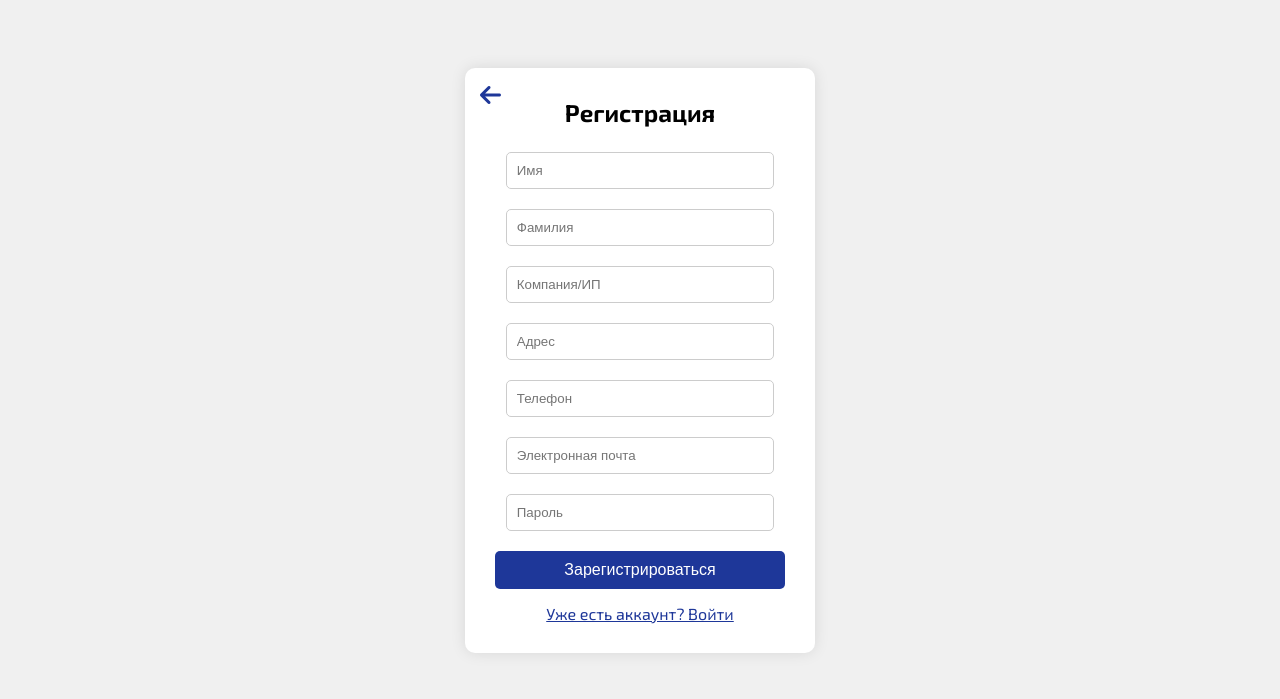
Repository: MaratLK/PLKFrontend
Page: LogReg.html
These files come from the project's save history. The page is drawn as it stood at one moment and after the next save; the edit follows.
The browser window is 1280 px wide. The pictures show the whole page.

Above is the page before, as saved 2024-08-07 22:46:38.

After the next save:
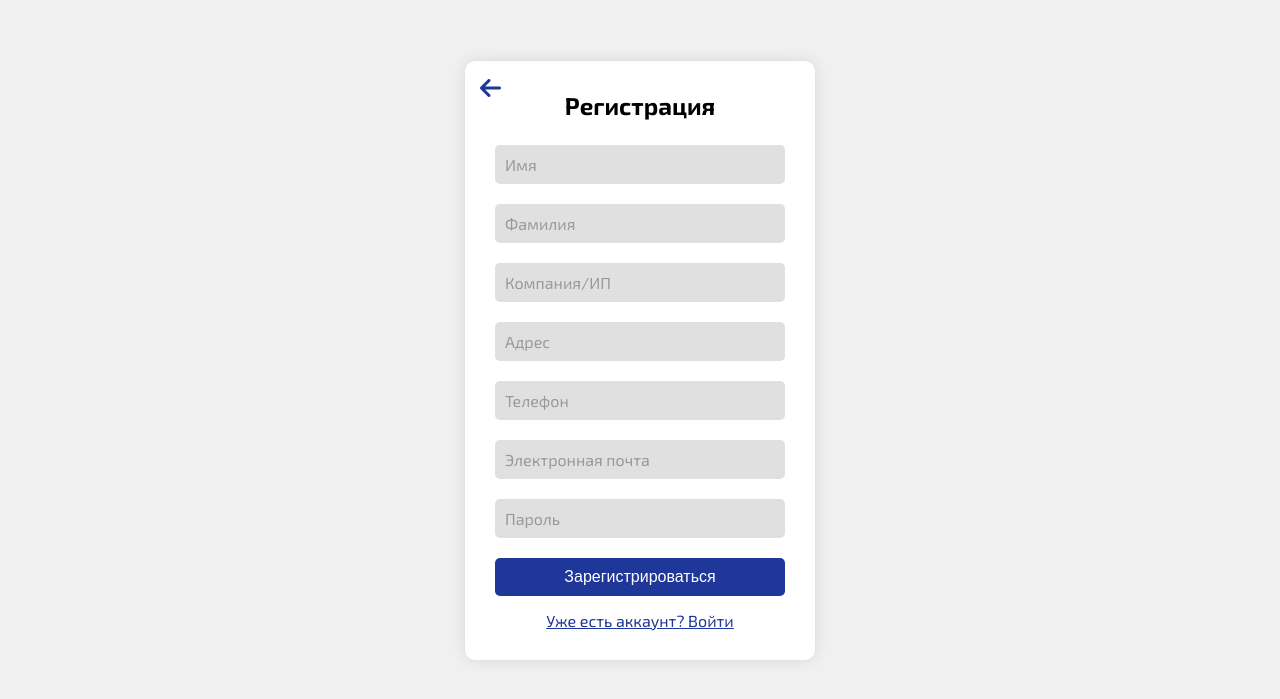
Saved 1 s later.
--- a/StyleReg.css
+++ b/StyleReg.css
@@ -87,7 +87,7 @@ body {
   color: #0056b3;
 }
 
-input[type="text", "email", "password"] {
+input[type="text"], input[type="email"], input[type="password"] {
   font-family: 'Exo 2', sans-serif;
   font-size: 16px;
   color: #333;
@@ -100,6 +100,21 @@ input[type="text", "email", "password"] {
   margin-bottom: 10px;
 }
 
-input[type="text", "email", "password"]::placeholder {
+input[type="text"]::placeholder, input[type="email"]::placeholder, input[type="password"]::placeholder {
   color: #999;
 }
+
+.error-message {
+  color: red;
+  font-size: 12px;
+  margin-bottom: 10px;
+  display: none;
+}
+
+input.invalid {
+  border-color: red;
+}
+
+input.valid {
+  border-color: green;
+}
